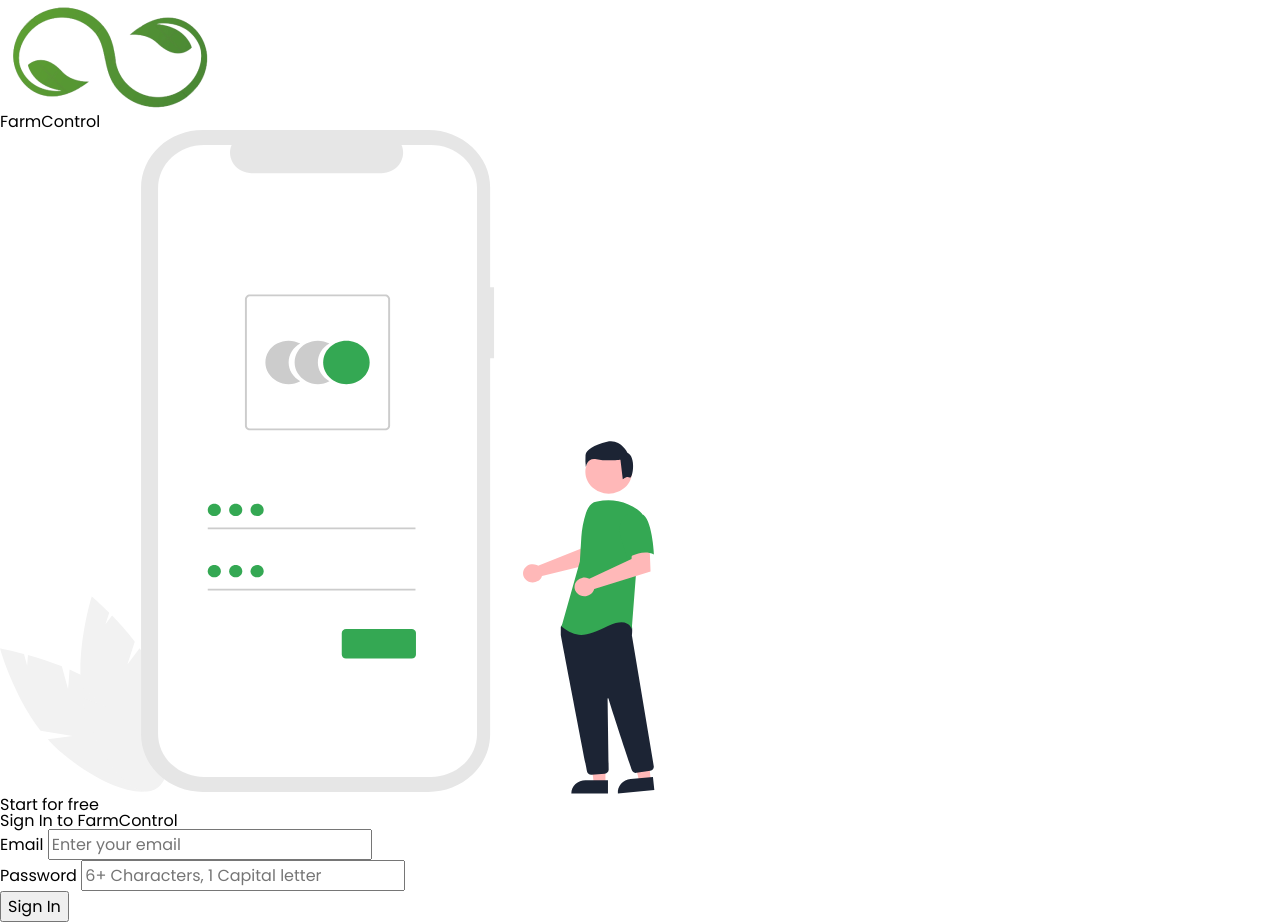
Repository: lehuyen307/System-monitor-plant-healthy-final
Page: ui/login.html
An editor plug-in stored every save of this project. The page is shown before and after a run of saves, followed by the edit.
The browser window is 1280 px wide. The pictures show the whole page.
Some web libraries are served in a nearby version.

Above is the page before, as saved 2023-11-09 17:09:48.
Console error: TypeError: Cannot read properties of null (reading 'addEventListener')

### ui/login.html
<!DOCTYPE html>
<html lang="en">
    <head>
        <meta charset="UTF-8" />
        <meta name="viewport" content="width=device-width, initial-scale=1.0" />
        <title>System tree monitor</title>
        <!-- font -->
        <link rel="preconnect" href="https://fonts.googleapis.com" />
        <link rel="preconnect" href="https://fonts.gstatic.com" crossorigin />
        <link
            href="https://fonts.googleapis.com/css2?family=Montserrat:wght@300;400;500;600;700&family=Noto+Serif:wght@300;400;500;600;700;800&family=Poppins:wght@300;400;500;600;700;800;900&family=Sora:wght@300;400;500;600;700;800&display=swap"
            rel="stylesheet"
        />
        <!-- font-awesome -->
        <script src="https://kit.fontawesome.com/3115b3f4f1.js"></script>
        <!-- favicon -->
        <link
            rel="apple-touch-icon"
            sizes="57x57"
            href="./assets/favicon/apple-icon-57x57.png"
        />
        <link
            rel="apple-touch-icon"
            sizes="60x60"
            href="./assets/favicon/apple-icon-60x60.png"
        />
        <link
            rel="apple-touch-icon"
            sizes="72x72"
            href="./assets/favicon/apple-icon-72x72.png"
        />
        <link
            rel="apple-touch-icon"
            sizes="76x76"
            href="./assets/favicon/apple-icon-76x76.png"
        />
        <link
            rel="apple-touch-icon"
            sizes="114x114"
            href="./assets/favicon/apple-icon-114x114.png"
        />
        <link
            rel="apple-touch-icon"
            sizes="120x120"
            href="./assets/favicon/apple-icon-120x120.png"
        />
        <link
            rel="apple-touch-icon"
            sizes="144x144"
            href="./assets/favicon/apple-icon-144x144.png"
        />
        <link
            rel="apple-touch-icon"
            sizes="152x152"
            href="./assets/favicon/apple-icon-152x152.png"
        />
        <link
            rel="apple-touch-icon"
            sizes="180x180"
            href="./assets/favicon/apple-icon-180x180.png"
        />
        <link
            rel="icon"
            type="image/png"
            sizes="192x192"
            href="./assets/favicon/android-icon-192x192.png"
        />
        <link
            rel="icon"
            type="image/png"
            sizes="32x32"
            href="./assets/favicon/favicon-32x32.png"
        />
        <link
            rel="icon"
            type="image/png"
            sizes="96x96"
            href="./assets/favicon/favicon-96x96.png"
        />
        <link
            rel="icon"
            type="image/png"
            sizes="16x16"
            href="./assets/favicon/favicon-16x16.png"
        />
        <link rel="manifest" href="./assets/favicon/manifest.json" />
        <meta name="msapplication-TileColor" content="#ffffff" />
        <meta
            name="msapplication-TileImage"
            content="./assets/favicon/ms-icon-144x144.png"
        />
        <meta name="theme-color" content="#ffffff" />
        <!-- style -->
        <link rel="stylesheet" href="./assets/css/main.css" />

        <!-- link tái sử dụng header footer-->
        <script src="./assets/js/scripts.js"></script>

        <!-- style slick slider -->
        <link
            rel="stylesheet"
            type="text/css"
            href="https://cdn.jsdelivr.net/npm/slick-carousel@1.8.1/slick/slick.css"
        />
    </head>
    <body>
        <main>
            <div class="login row-cols-lg-2">
                <div class="login__left">
                    <img
                        src="./assets/img/login/logo.png"
                        alt=""
                        class="login__pic"
                    />
                    <div class="name">FarmControl</div>
                    <img
                        src="/assets/img/login/undraw_access_account_re_8spm 1.svg"
                        alt=""
                        class="login__pic-2"
                    />
                </div>
                <div class="login__right">
                    <div class="login__desc">Start for free</div>
                    <div class="login__row">
                        <span>Sign In to</span>
                        <span>FarmControl</span>
                    </div>
                    <div class="form">
                        <form autocomplete="on" class="form-login">
                            <div class="form__info">
                                <label for="email">Email</label>
                                <input
                                    type="text"
                                    class="input"
                                    placeholder="Enter your email"
                                    name="email"
                                    id="email"
                                />
                            </div>
                            <div class="form__info">
                                <label for="password">Password</label>
                                <input
                                    type="text"
                                    class="input"
                                    placeholder="6+ Characters, 1 Capital letter"
                                    name="password"
                                    id="password"
                                />
                            </div>
                            <button type="submit" class="signIn">Sign In</button>
                        </form>
                    </div>
                </div>
            </div>
        </main>

        <script
            type="text/javascript"
            src="https://code.jquery.com/jquery-1.11.0.min.js"
        ></script>
        <script
            type="text/javascript"
            src="https://code.jquery.com/jquery-migrate-1.2.1.min.js"
        ></script>
        <script
            type="text/javascript"
            src="https://cdn.jsdelivr.net/npm/slick-carousel@1.8.1/slick/slick.min.js"
        ></script>
        <script src="./assets/js/main.js"></script>
        <script src="./assets/js/slick-slider.js"></script>
    </body>
</html>

Loaded but not shown: ui/assets/js/main.js (53 lines, source omitted); ui/assets/js/slick-slider.js (25 lines, source omitted); ui/assets/js/scripts.js (17 lines, source omitted); ui/assets/css/main.css (1150 lines, source omitted)

After the next 3 saves:
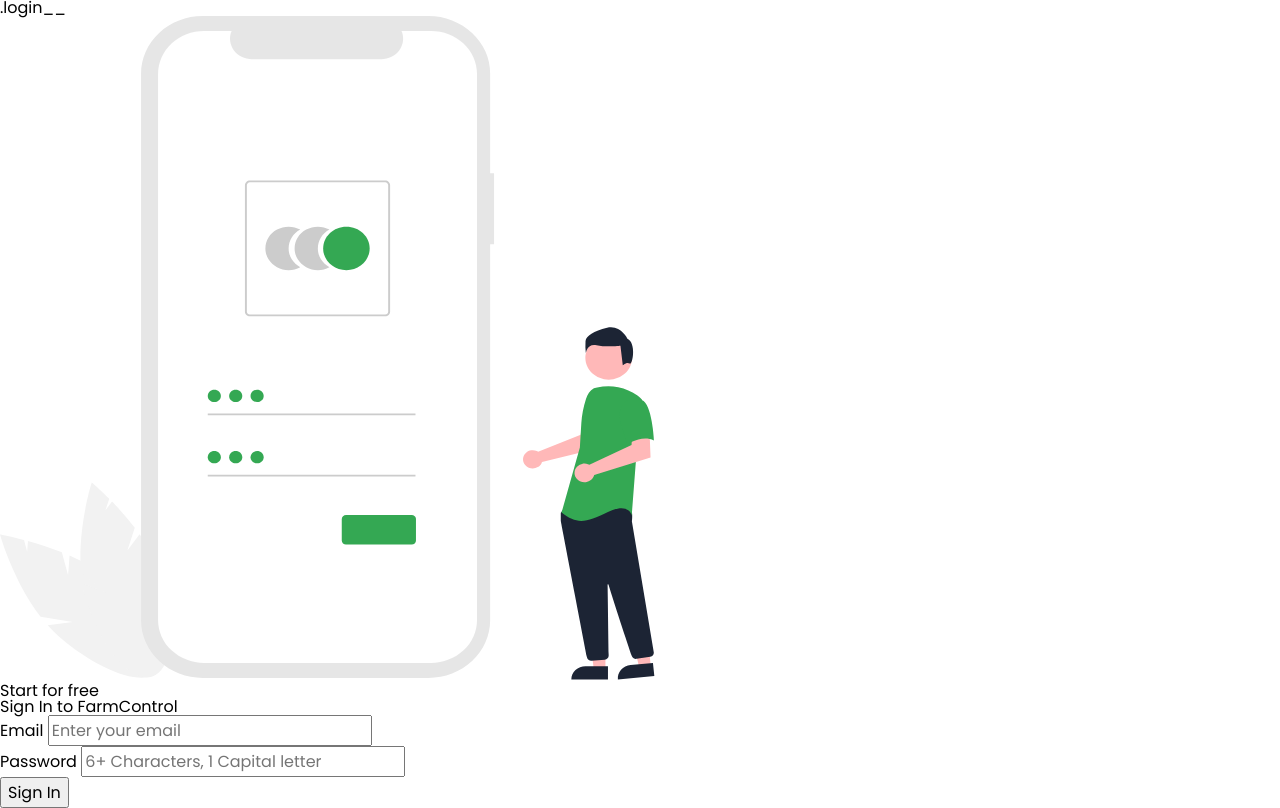
The 3 saves are shown as one change because they came seconds apart.
The last was saved 16 s later.
--- a/ui/login.html
+++ b/ui/login.html
@@ -107,12 +107,7 @@
         <main>
             <div class="login row-cols-lg-2">
                 <div class="login__left">
-                    <img
-                        src="./assets/img/login/logo.png"
-                        alt=""
-                        class="login__pic"
-                    />
-                    <div class="name">FarmControl</div>
+                    .login__
                     <img
                         src="/assets/img/login/undraw_access_account_re_8spm 1.svg"
                         alt=""
